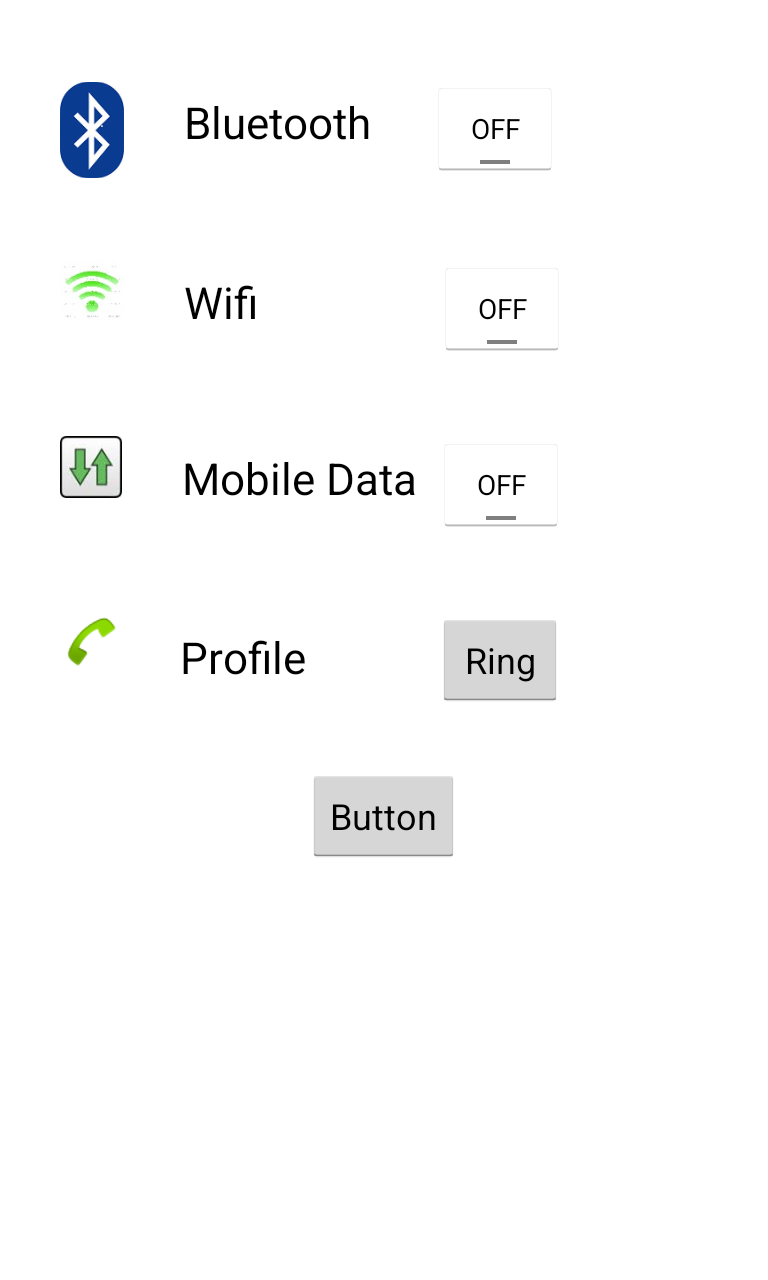
Repository: born2behappy18/meetingMiliue
Layout: MeetingMileu/res/layout/toggle.xml
An editor plug-in stored every save of this project. The layout is shown before and after the next save, followed by the edit.
It is drawn on a 768 x 1280 px phone screen (xhdpi) without system bars, with theme AppTheme; the app's code is not run.

Above is the layout before, as saved 2015-10-13 10:58:02.

### MeetingMileu/res/layout/toggle.xml
<?xml version="1.0" encoding="utf-8"?>
<LinearLayout xmlns:android="http://schemas.android.com/apk/res/android"
    android:layout_width="match_parent"
    android:layout_height="match_parent"
    android:orientation="vertical" >

<LinearLayout
    android:layout_width="fill_parent"
    android:layout_height="wrap_content"
    android:orientation="horizontal"
    android:layout_marginTop="40dp" >

    <ImageView
        android:id="@+id/imageView2"
        android:layout_width="32dp"
        android:layout_height="50dp"
        android:src="@drawable/bluetooth"
        android:layout_marginLeft="30dp" />

    <TextView
        android:id="@+id/textView1"
        android:layout_width="wrap_content"
        android:layout_height="wrap_content"
        android:layout_marginLeft="30dp"
        android:text="Bluetooth"
        android:textAppearance="?android:attr/textAppearanceLarge" />

    <ToggleButton
        android:id="@+id/toggleButton1"
        android:layout_width="wrap_content"
        android:layout_height="wrap_content"
        android:text="ToggleButton"
        android:layout_marginLeft="30dp"/>
</LinearLayout>
<LinearLayout
    android:layout_width="match_parent"
    android:layout_height="wrap_content"
    android:orientation="horizontal"
    android:layout_marginTop="40dp" >

    <ImageView
        android:id="@+id/imageView3"
        android:layout_width="32dp"
        android:layout_height="30dp"
        android:layout_marginLeft="30dp"
        android:src="@drawable/wifi" />

    <TextView
        android:id="@+id/textView2"
        android:layout_width="wrap_content"
        android:layout_height="wrap_content"
        android:layout_marginLeft="30dp"
        android:text="Wifi"
        android:textAppearance="?android:attr/textAppearanceLarge" />

    <ToggleButton
        android:id="@+id/toggleButton2"
        android:layout_width="wrap_content"
        android:layout_height="wrap_content"
        android:text="ToggleButton"
        android:layout_marginLeft="90dp" />
</LinearLayout>
<LinearLayout
    android:layout_width="match_parent"
    android:layout_height="wrap_content"
    android:orientation="horizontal"
    android:layout_marginTop="40dp" >

    <ImageView
        android:id="@+id/imageView4"
        android:layout_width="31dp"
        android:layout_height="31dp"
        android:layout_marginLeft="30dp"
        android:src="@drawable/mobiledata" />

    <TextView
        android:id="@+id/textView4"
        android:layout_width="wrap_content"
        android:layout_height="wrap_content"
        android:layout_marginLeft="30dp"
        android:text="Mobile Data"
        android:textAppearance="?android:attr/textAppearanceLarge" />

    <ToggleButton
        android:id="@+id/toggleButton3"
        android:layout_width="wrap_content"
        android:layout_height="wrap_content"
        android:text="ToggleButton"
        android:layout_marginLeft="10dp"/>
</LinearLayout>
<LinearLayout
    android:layout_width="match_parent"
    android:layout_height="wrap_content"
    android:orientation="horizontal"
    android:layout_marginTop="40dp" >

    <ImageView
        android:id="@+id/imageView1"
        android:layout_marginLeft="30dp"
        android:layout_width="wrap_content"
        android:layout_height="wrap_content"
        android:src="@android:drawable/sym_action_call" />

    <TextView
        android:id="@+id/textView3"
        android:layout_width="wrap_content"
        android:layout_height="wrap_content"
        android:layout_marginLeft="30dp"
        android:text="Profile"
        android:textAppearance="?android:attr/textAppearanceLarge" />

    <Button
        android:id="@+id/button1"
        android:layout_width="wrap_content"
        android:layout_height="wrap_content"
        android:text="Ring"
        android:layout_marginLeft="65dp"/>
</LinearLayout>
    <Button
        android:id="@+id/button5"
        android:layout_width="wrap_content"
        android:layout_height="wrap_content"
        android:text="Button"
        android:layout_gravity="center_horizontal"
        android:layout_marginTop="30dp" />

</LinearLayout>

Loaded but not shown: MeetingMileu/res/values/styles.xml (common file); MeetingMileu/res/values-v11/styles.xml (common file); MeetingMileu/res/values-v14/styles.xml (common file)

After the next save:
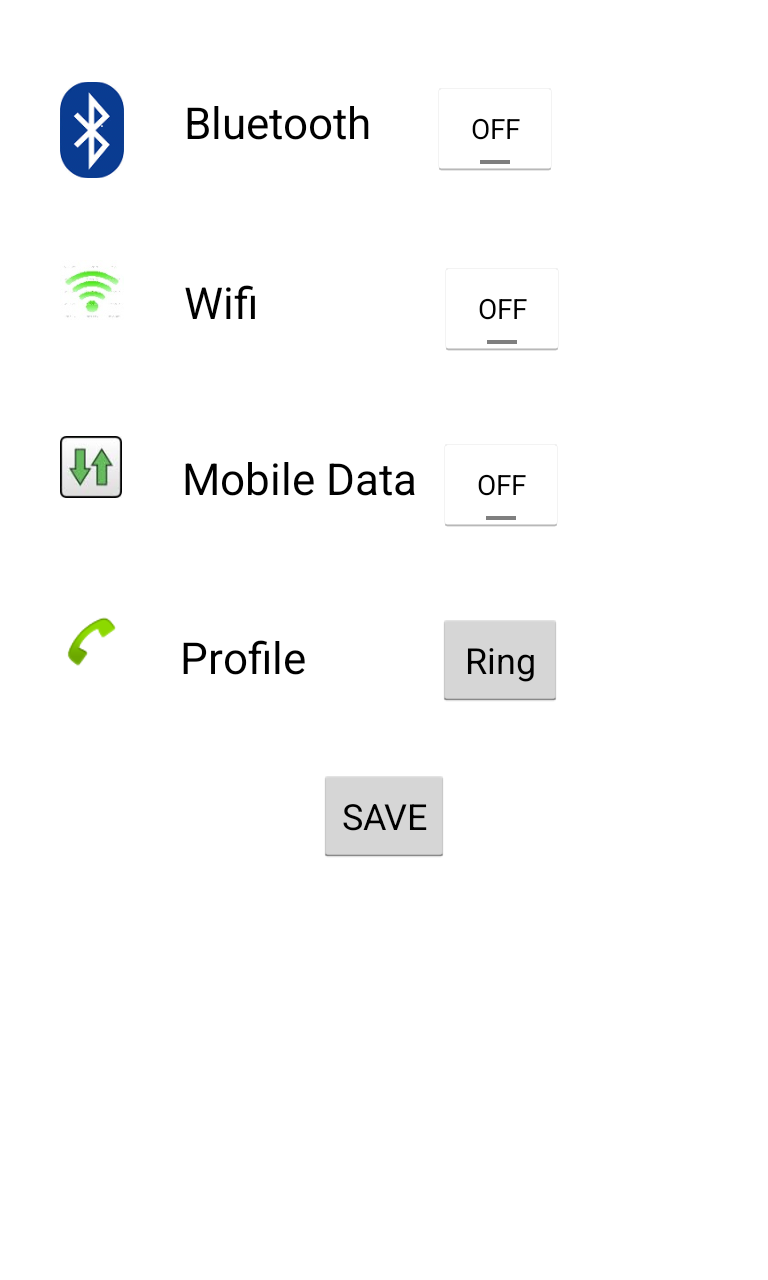
Saved 2 min 9 s later.
--- a/MeetingMileu/res/layout/toggle.xml
+++ b/MeetingMileu/res/layout/toggle.xml
@@ -26,7 +26,7 @@
         android:textAppearance="?android:attr/textAppearanceLarge" />
 
     <ToggleButton
-        android:id="@+id/toggleButton1"
+        android:id="@+id/tgbBluetooth"
         android:layout_width="wrap_content"
         android:layout_height="wrap_content"
         android:text="ToggleButton"
@@ -54,7 +54,7 @@
         android:textAppearance="?android:attr/textAppearanceLarge" />
 
     <ToggleButton
-        android:id="@+id/toggleButton2"
+        android:id="@+id/tgbWifi"
         android:layout_width="wrap_content"
         android:layout_height="wrap_content"
         android:text="ToggleButton"
@@ -82,7 +82,7 @@
         android:textAppearance="?android:attr/textAppearanceLarge" />
 
     <ToggleButton
-        android:id="@+id/toggleButton3"
+        android:id="@+id/tgbdata"
         android:layout_width="wrap_content"
         android:layout_height="wrap_content"
         android:text="ToggleButton"
@@ -110,18 +110,19 @@
         android:textAppearance="?android:attr/textAppearanceLarge" />
 
     <Button
-        android:id="@+id/button1"
+        android:id="@+id/bProfile"
         android:layout_width="wrap_content"
         android:layout_height="wrap_content"
         android:text="Ring"
         android:layout_marginLeft="65dp"/>
 </LinearLayout>
+
     <Button
         android:id="@+id/button5"
         android:layout_width="wrap_content"
         android:layout_height="wrap_content"
-        android:text="Button"
         android:layout_gravity="center_horizontal"
-        android:layout_marginTop="30dp" />
+        android:layout_marginTop="30dp"
+        android:text="SAVE" />
 
 </LinearLayout>
